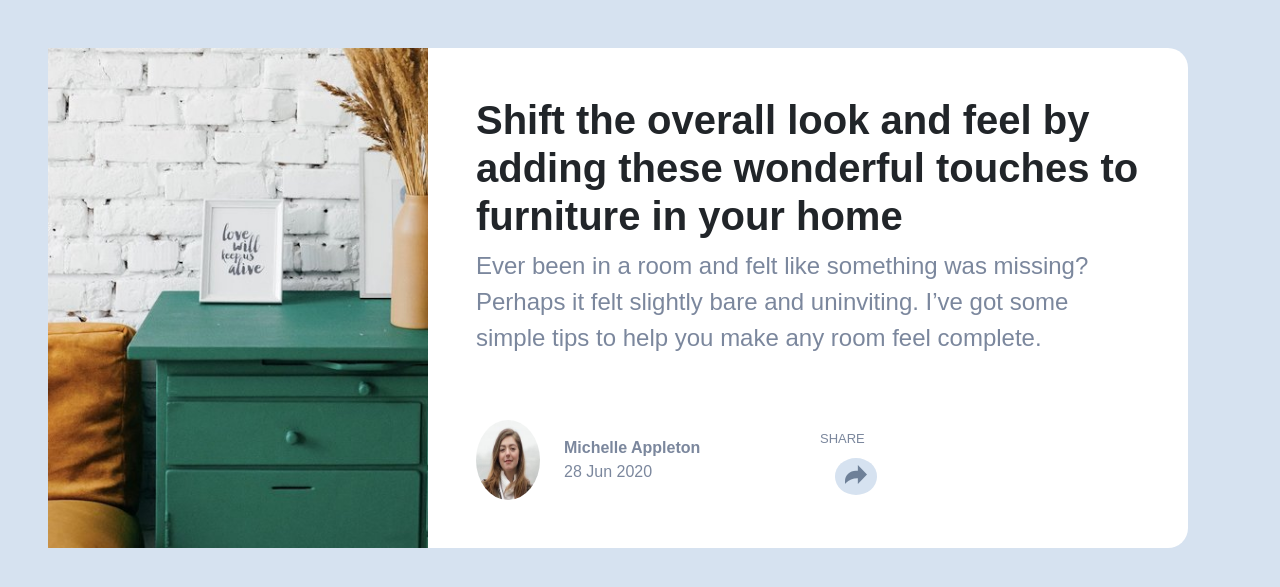
Repository: blordeus/article-preview-component
Page: index.html
The author's editor kept a copy of each file at every save. The page is drawn from the files as they stood at one save, then again after the next save.
The browser window is 1280 px wide. The pictures show the whole page.

Above is the page before, as saved 2024-05-17 17:09:18.

After the next save:
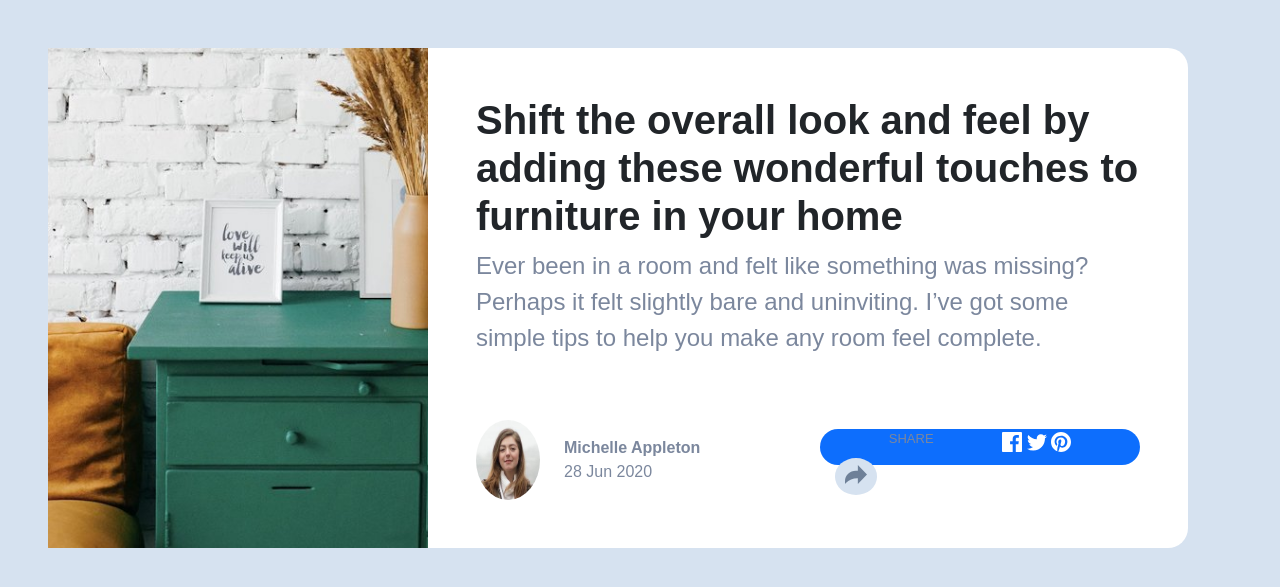
Saved 10 s later.
--- a/index.html
+++ b/index.html
@@ -35,7 +35,7 @@
             </div>
           </div>
           <div class="col my-auto">
-            <div class=" d-flex jusbg-primary rounded-pill ">
+            <div class=" d-flex justify-content-evenly bg-primary rounded-pill ">
               <p>SHARE</p>
               <div>
                 <img id="facebook" src="./images/icon-facebook.svg" alt="facebook">
